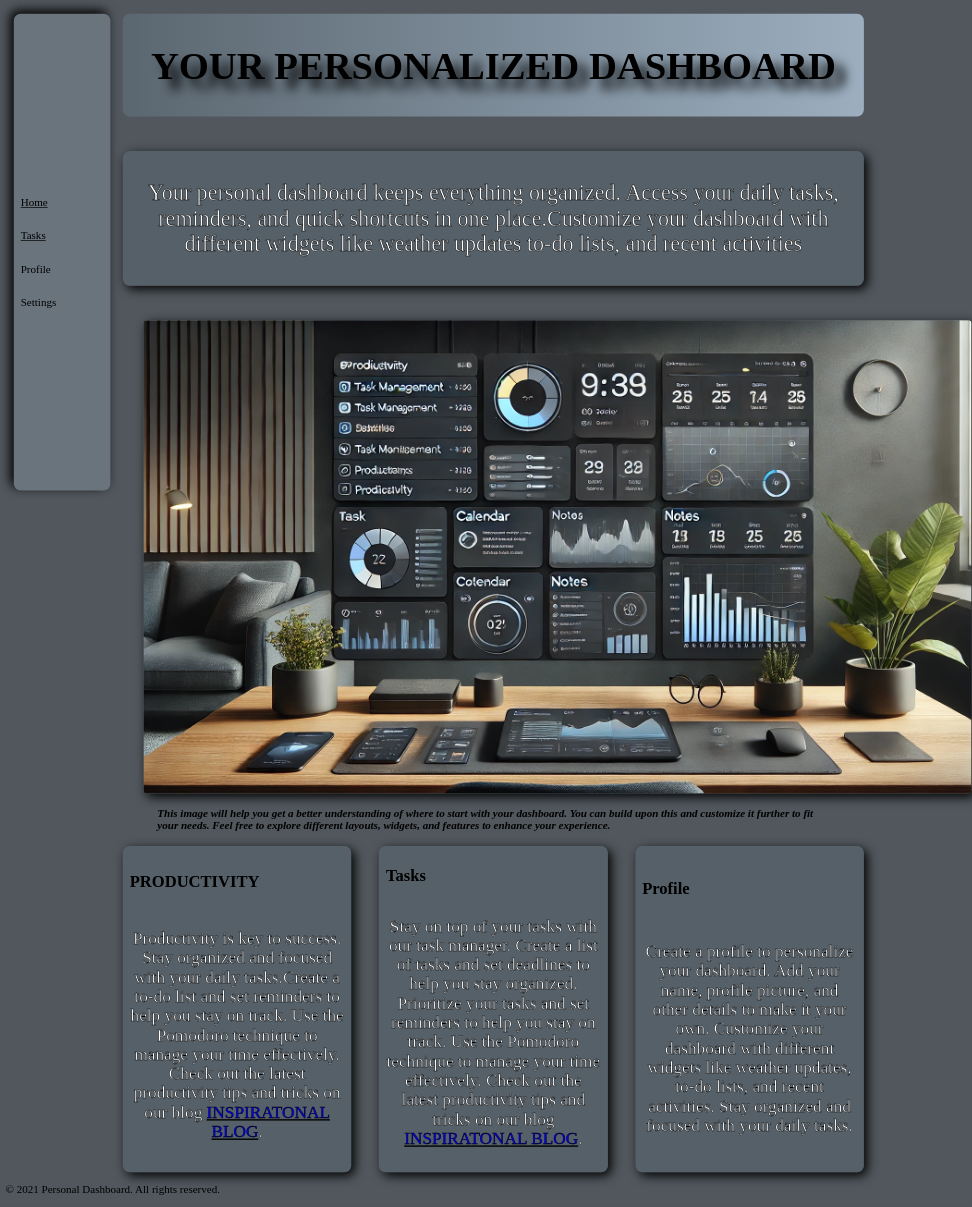
Repository: Parnicoza/testecomplete
Page: testcomplet-14.html
These files come from the project's save history. The page is drawn as it stood at one moment and after the next save; the edit follows.
The browser window is 1280 px wide. The page is 1408 px wide, so the pictures cover 1408 px, including what lies to the right of the window. The pictures show the whole page, at 69% of full size.

Above is the page before, as saved 2025-03-02 12:44:41.

### testcomplet-14.html
<!DOCTYPE html>
<html lang="en">

<head>
    <title>Personal Dashboard</title>
    <link rel="stylesheet" href="stilizaretestcomplet-14.css">
    <link rel="icon" href="imaginitestecomplete/dashboard.ico">
</head>

<body>
    <div class="background-for-the-heading" id="Home">
        <h1 class="main-heading">Your Personalized Dashboard</h1>
    </div>

    <div class="thesamebackground">
        <p class="paragraph-gradient">Your personal dashboard keeps everything organized. Access your daily tasks,
            reminders, and quick shortcuts in one place.Customize your dashboard with different widgets like weather
            updates to-do lists, and recent activities</p>
    </div>

    <div class="divimage">
        <figure>
            <img src="imaginitestecomplete/productivity.jpg" alt="productivity image" width="1200" class="image"
                title="Productivity image" usemap="#dashboard-map" id="Tasks">
            <map name="dashboard-map">
                <area shape="rect" coords="341,127,487,280" href="https://blog.productivity.directory/"
                    alt="Productivity blog" target="_blank">
                <area shape="rect" coords="670,134,825,280" href="https://blog.productivity.directory/"
                    alt="Productivity blog" target="_blank">
            </map>
            <figcaption class="figcaption">This image will help you get a better understanding of where to start with
                your dashboard.
                You can build upon this and customize it further to fit your needs.
                Feel free to explore different layouts, widgets, and features to enhance your experience.
            </figcaption>
        </figure>
    </div>

    <div class="Dashboard">
        <div class="sidebar">
            <ul class="list">
                <li><a href="#Home" class="home" title="Press here to go to home page">Home</a></li>
                <li><a href="#Tasks" class="home" title="Click here to go to Tasks">Tasks</a></li>
                <li>Profile</li>
                <li>Settings</li>
            </ul>
        </div>
    </div>

    <div class="BLOCKS">
        <div class="blocks"> <!--Acesta este primul block-->
            <h2 class="headingforblock">Productivity</h2>
            <p class="paragraph-gradient1">Productivity is key to success. Stay organized and focused with your daily
                tasks.Create a to-do list and set reminders to help you stay on track. Use the Pomodoro technique to
                manage your time effectively. Check out the latest productivity tips and tricks on our blog
                <a href="https://blog.productivity.directory/" target="_blank"
                    title="Press here to find more tips and tricks">INSPIRATONAL BLOG</a>.
            </p>
        </div>

        <div class="blocks2"><!--Acesta este al doilea block-->
            <h2 class="heading">Tasks</h2>
            <p class="paragraph-gradient1">Stay on top of your tasks with our task manager. Create a list of tasks and
                set deadlines to help you stay organized. Prioritize your tasks and set reminders to help you stay on
                track. Use the Pomodoro technique to manage your time effectively. Check out the latest productivity
                tips and tricks on our blog
                <a href="https://blog.productivity.directory/" target="_blank"
                    title="Press here to find more tips and tricks">INSPIRATONAL BLOG</a>.
            </p>
        </div>

        <div class="blocks3"><!--Acesta este al treilea block-->
            <h2 class="heading">Profile</h2>
            <p class="paragraph-gradient1">Create a profile to personalize your dashboard. Add your name, profile
                picture,
                and other details to make it your own. Customize your dashboard with different widgets like weather
                updates, to-do lists, and recent activities. Stay organized and focused with your daily tasks.
            </p>

        </div>
    </div>

    <div class="footer">
        <footer>
            <p class="footer-text">© 2021 Personal Dashboard. All rights reserved.</p>
        </footer>
</body>

</html>

### stilizaretestcomplet-14.css
body{
    background-color:#51575D;
}

.main-heading{
    text-align: center;
    text-transform: uppercase;
    text-shadow: 15px 15px 15px black;
    font-size: 3.5em;
    color: black;
}

.background-for-the-heading{
    background: linear-gradient(to right, #5B6770, #9CAEBF);
    margin: 20px;
    padding: 5px;
    border-radius: 10px;
    margin-left: 170px;
}

.thesamebackground{
    background-color: rgba(91, 103, 112, 0.6) ;
    margin-left: 170px;
    margin-top: 50px;
    text-align: center;
    padding: 10px;
    border-radius: 10px;
    box-shadow: 5px 5px 15px black;
    margin-right: 20px;
}

.paragraph-gradient{
    color: #ffff;
    font-size: 2em;
    -webkit-text-stroke: 0.7px black;
    text-align: center;
}

.quote{
    border: 1px dotted black;
    padding: 10px;
    margin-left: 150px;
}

.divider{
    border: none;
    height: 4px;
    background-color: lightgray;
    border: 3px dotted black;
    margin: 14px;
    margin-left: 150px;
}

.image{
    border-radius: 5px;
    box-shadow: 5px 5px 15px black;
    display: block;
    margin: 0 auto;
}

.picture{
    margin-left: 160px;
}

.Dashboard{
    display: flex;
}

.sidebar{
    display: flex;
    flex-direction: column;
   width: 140px;
   position: fixed;
   left: 0;
   top: 0;
   height: 96vh;
   justify-content: center;
   margin: 20px;
   background-color: #6A747D;
    border-radius: 10px;
    box-shadow: -5px -5px 15px black;

}

.list{
    list-style-type: none;
    display: flex;
    flex-direction: column;
    gap: 30px;
    padding: 0;
    margin-left: 10px;
}

.container{
    margin-left: 160px;
}

.divimage{
    display: block;
    margin-left: 160px;
    margin-top: 50px;

}

.figcaption{
    font-style: italic;
    font-weight: bold;
    margin: 20px;
}

.home{
    color: black;
}

.BLOCKS{
    display: flex;
    flex-direction: row;
    justify-content: space-evenly;
    gap: 20px;
}
.blocks{
    display: flex;
    flex-direction: column;
    justify-content: space-evenly;
    width: 350px;
    margin-left: 170px;
    background-color: rgba(91, 103, 112, 0.6);
    box-shadow: 5px 5px 15px black;
    border-radius: 10px;
    padding: 10px;
    margin-right: 20px;
}

.blocks2{
    display: flex;
    flex-direction: column;
    justify-content: space-evenly;
    width: 350px;
    background-color: rgba(91, 103, 112, 0.6);
    box-shadow: 5px 5px 15px black;
    border-radius: 10px;
    padding: 10px;
    margin-right: 20px;
}

.blocks3{
    display: flex;
    flex-direction: column;
    justify-content: space-evenly;
    width: 350px;
    background-color: rgba(91, 103, 112, 0.6);
    box-shadow: 5px 5px 15px black;
    border-radius: 10px;
    padding: 10px;
    margin-right: 20px;
}
.headingforblock{
    text-align: left;
    text-transform: uppercase;
    font-weight: bold;
    color: black;
    display: flex;
}

.paragraph-gradient1{
    color: #ffff;
    -webkit-text-stroke: 0.6px black;
    font-size: 25px;
    text-align: center;
}

After the next save:
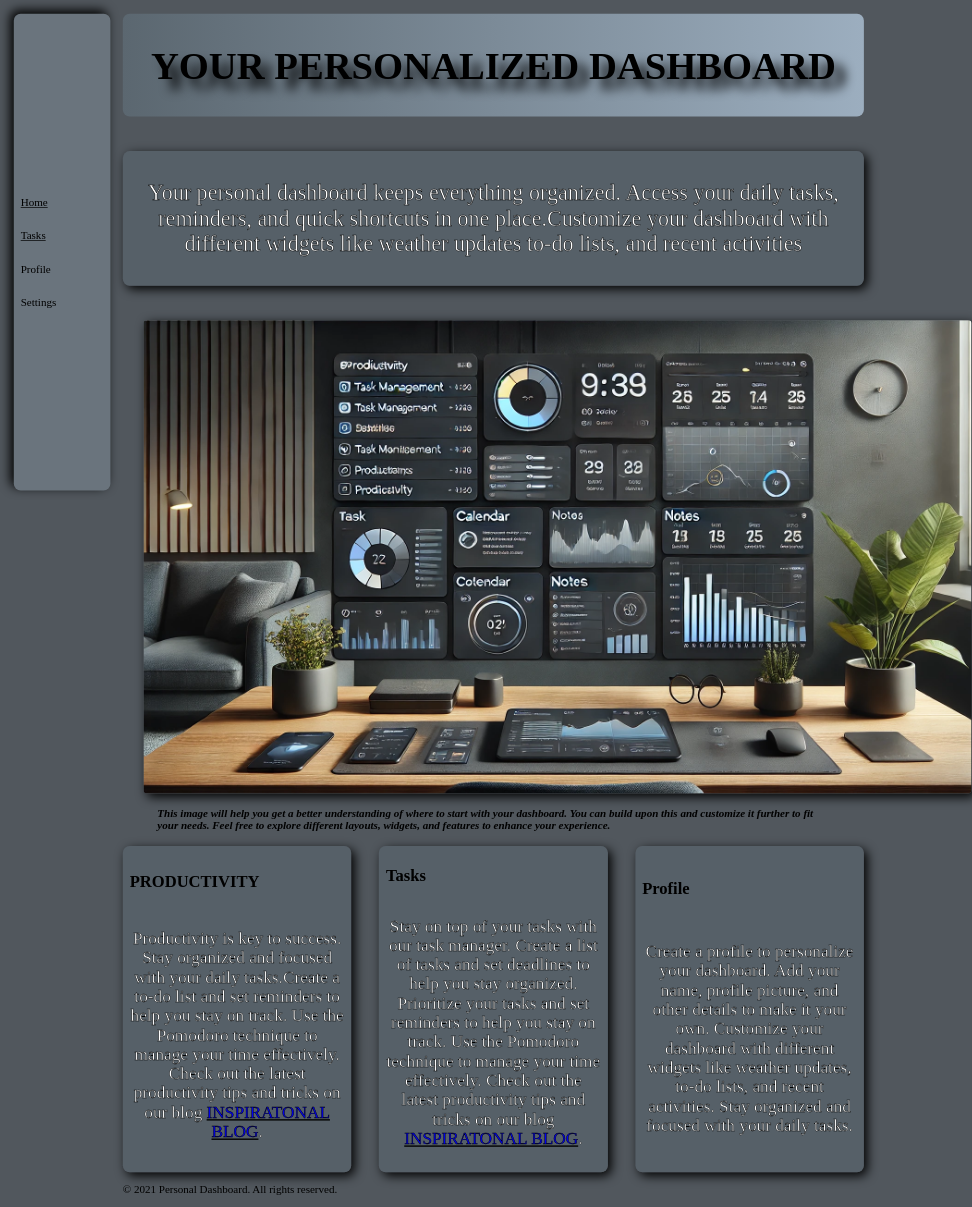
Saved 2 min 50 s later.
--- a/stilizaretestcomplet-14.css
+++ b/stilizaretestcomplet-14.css
@@ -168,3 +168,7 @@ body{
     font-size: 25px;
     text-align: center;
 }
+
+.footer{
+    margin-left: 170px;
+}
